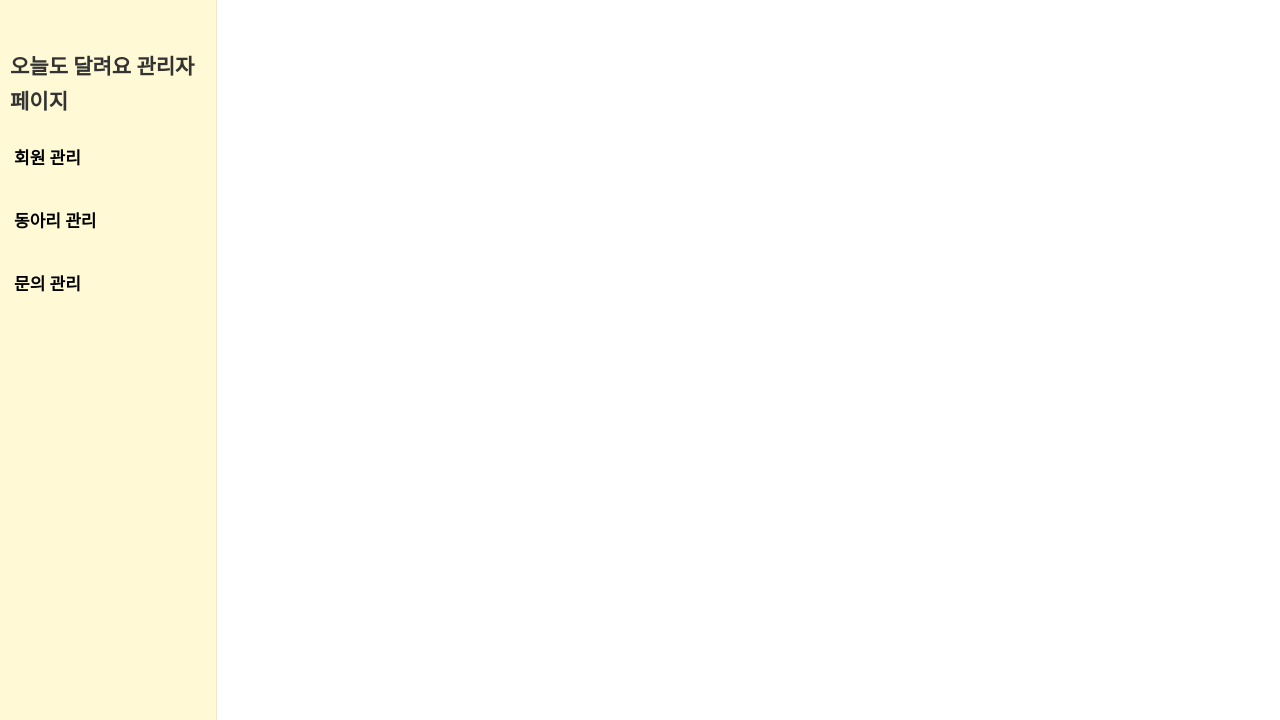
Repository: hyodii/FinalProject
Page: http://localhost/ViewPage/sidebartest.jsp
The author's editor kept a copy of each file at every save. The page is drawn from the files as they stood at one save, then again after the next save.
The browser window is 1280 px wide. The pictures show the whole page.
Some icons come from a web library that is not loaded, so they are not drawn. The page is served by Tomcat 9.

Above is the page before, as saved 2021-12-13 07:34:28.

### ViewPage/WebContent/sidebartest.jsp
<%@ page contentType="text/html; charset=UTF-8"%>
<%@ taglib prefix="c" uri="http://java.sun.com/jsp/jstl/core"%>
<%
   request.setCharacterEncoding("UTF-8");
   String cp = request.getContextPath();
%>
<!DOCTYPE html>
<html>
<head>
<meta charset="UTF-8">
<title>beeAdminPageSideTab.jsp</title>
<link href="assets/fontawesome-free/css/all.min.css" rel="stylesheet" type="text/css">
<style type="text/css">
*
{
	margin: 0;
	padding: 0;
}

/* 사이드 메뉴 */
.left_menu
{
    /* position: fixed; */
    width: 30vh;
    height: 100vh;
    z-index: 10;
  	background: #FFFAD5;
    border-right: 1px solid rgba(0, 0, 0, 0.07);
    bottom: 50px;
    height: 100%;
    margin-top: 0px;
    padding-bottom: 0px;
    /* box-shadow: 0 0px 24px 0 rgb(0 0 0 / 6%), 0 1px 0px 0 rgb(0 0 0 / 2%); */
    color: white;
    overflow:hidden;
}

.sub_menu
{
    margin-top: 50px;
}

.left_menu>.sub_menu li:hover
{
    color: ff5858;
    background-color: #e1e1e1;
}

.left_menu>.sub_menu li
{
    color: black;
    font-size: 17px;
    font-weight: 600;
    padding: 20px 0px 8px 14px;
}

.sub_menu>h2
{
    padding-bottom: 4px;
    margin-top: 30px;
    font-size: 21px;
    font-weight: 600;
    color: #333;
    margin-left: 10px;
    margin-right: 10px;
    font-family: 'NotoKrB';
    line-height: 35px;
}

.sub_menu .fas
{
    color: #ff5858;
    font-size: 20px;
    line-height: 20px;
    float: right;
    margin-right: 20px;
}

.sub_menu>.big_menu>.small_menu li
{
    color: #797979;
    font-size: 14px;
    font-weight: 600;
    margin-left: 14px;
    padding-top: 8px;
}

.big_menu
{
    cursor: pointer;
}

ul
{
    padding-inline-start: 0px;
}

a
{
    color: #797979;
    text-decoration: none;
    background-color: transparent;
}

ul
{
    list-style: none;
}

ol,
ul
{
    margin-top: 0;
    margin-bottom: 10px;
}

.has_sub
{
    width: 100%;
}

.hide_sidemenu
{
    display: none;
}

.background
{
	background-color: #ff5858;
	width: 30vh;
	height:100vh;

}
</style>
<script type="text/javascript" src="http://code.jquery.com/jquery.min.js"></script>
<script type="text/javascript">
    $(function () {
        /* $(".left_sub_menu").hide(); */
        $(".has_sub").click(function () {
            $(".left_sub_menu").fadeToggle(300);
        });
        // 왼쪽메뉴 드롭다운
        $(".sub_menu ul.small_menu").hide();
        $(".sub_menu ul.big_menu").click(function () {
            $("ul", this).slideToggle(300);
        });

        /*
        // 외부 클릭 시 좌측 사이드 메뉴 숨기기
        $('.overlay').on('click', function () {
            $('.left_sub_menu').fadeOut();
            $('.hide_sidemenu').fadeIn();
        });
         */
    });
</script>
</head>
<body>
<div id="wrapper">
	    <!-- 왼쪽 서브 메뉴 -->
	    <div class="background">
	    <div class="left_menu">
	        <div class="sub_menu">
	            <h2>오늘도 달려요 관리자 페이지</h2>
	            <ul class="big_menu">
	                <li>회원 관리<i class="arrow fas fa-angle-right"></i></li>
	                <ul class="small_menu">
	                    <li><a href="#">동아리원 목록</a></li>
						<li><a href="#">가입대기 목록</a></li>
						<li><a href="#">강퇴자 목록</a></li>
						<li><a href="#">영구정지회원</a></li>
						<li><a href="#">회의</a></li>
	                </ul>
	            </ul>

	            <ul class="big_menu">
	                <li>동아리 관리<i class="arrow fas fa-angle-right"></i></li>
	                <ul class="small_menu">
	                    <li><a href="#">동아리 정보 수정</a></li>
						<li><a href="#">동아리 폐쇄</a></li>
	                </ul>
	            </ul>

	            <ul class="big_menu">
	                <li>문의 관리</li>
	            </ul>

	        </div>
	    </div>
	    </div>
</div>

</body>
</html>

After the next save:
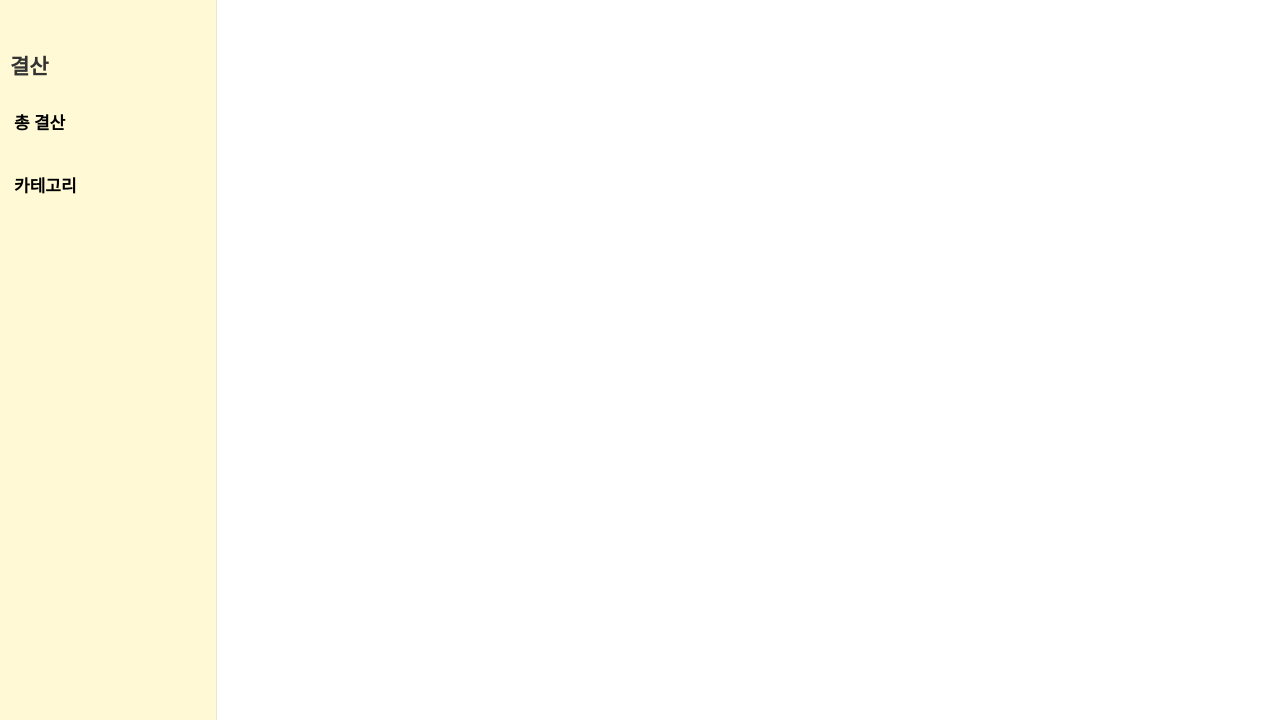
Saved 72 s later.
--- a/ViewPage/WebContent/sidebartest.jsp
+++ b/ViewPage/WebContent/sidebartest.jsp
@@ -8,7 +8,7 @@
 <html>
 <head>
 <meta charset="UTF-8">
-<title>beeAdminPageSideTab.jsp</title>
+<title>mainSideTab.jsp</title>
 <link href="assets/fontawesome-free/css/all.min.css" rel="stylesheet" type="text/css">
 <style type="text/css">
 *
@@ -161,28 +161,25 @@ ul
 	    <div class="background">
 	    <div class="left_menu">
 	        <div class="sub_menu">
-	            <h2>오늘도 달려요 관리자 페이지</h2>
+	            <h2>결산</h2>
 	            <ul class="big_menu">
-	                <li>회원 관리<i class="arrow fas fa-angle-right"></i></li>
+	                <li>총 결산</li>
+	            </ul>
+	            <ul class="big_menu">
+	                <li>카테고리<i class="arrow fas fa-angle-right"></i></li>
 	                <ul class="small_menu">
-	                    <li><a href="#">동아리원 목록</a></li>
-						<li><a href="#">가입대기 목록</a></li>
-						<li><a href="#">강퇴자 목록</a></li>
-						<li><a href="#">영구정지회원</a></li>
-						<li><a href="#">회의</a></li>
+	                    <li><a href="#">여행</a></li>
+						<li><a href="#">요리/베이킹</a></li>
+						<li><a href="#">건강/운동</a></li>
+						<li><a href="#">공연/축제</a></li>
+						<li><a href="#">음악</a></li>
+						<li><a href="#">라이프</a></li>
+						<li><a href="#">교육/스터디</a></li>
+						<li><a href="#">창작/디자인</a></li>
+						<li><a href="#">사진/영상</a></li>
+						<li><a href="#">게임/오락</a></li>
+						<li><a href="#">자유주제</a></li>
 	                </ul>
-	            </ul>
-
-	            <ul class="big_menu">
-	                <li>동아리 관리<i class="arrow fas fa-angle-right"></i></li>
-	                <ul class="small_menu">
-	                    <li><a href="#">동아리 정보 수정</a></li>
-						<li><a href="#">동아리 폐쇄</a></li>
-	                </ul>
-	            </ul>
-
-	            <ul class="big_menu">
-	                <li>문의 관리</li>
 	            </ul>
 
 	        </div>
